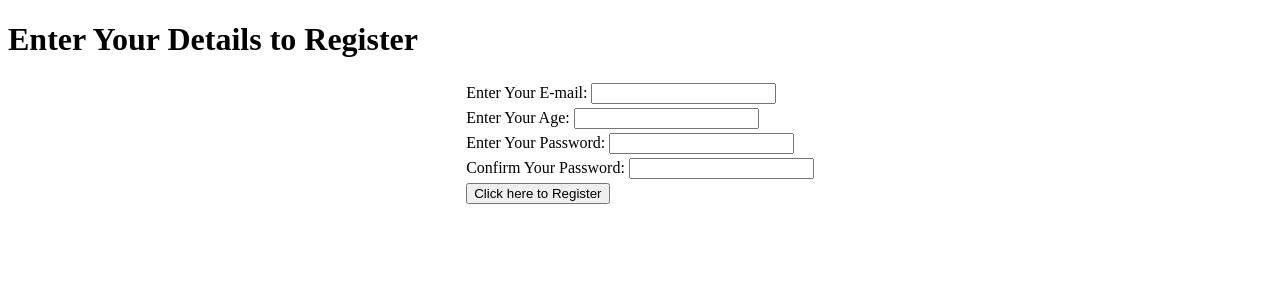
Repository: royalnavghans/JavaFullStackGit
Page: http://localhost/SpringAss2/WEB-INF/Register.jsp
These files come from the project's save history. The page is drawn as it stood at one moment and after the next save; the edit follows.
The browser window is 1280 px wide. The pictures show the whole page.
The page is served by Tomcat 9. Nobody is signed in. The template is opened directly, without the code that normally fills it, so the values that code supplies are empty.

Above is the page before, as saved 2022-12-04 10:33:27.

After the next save:
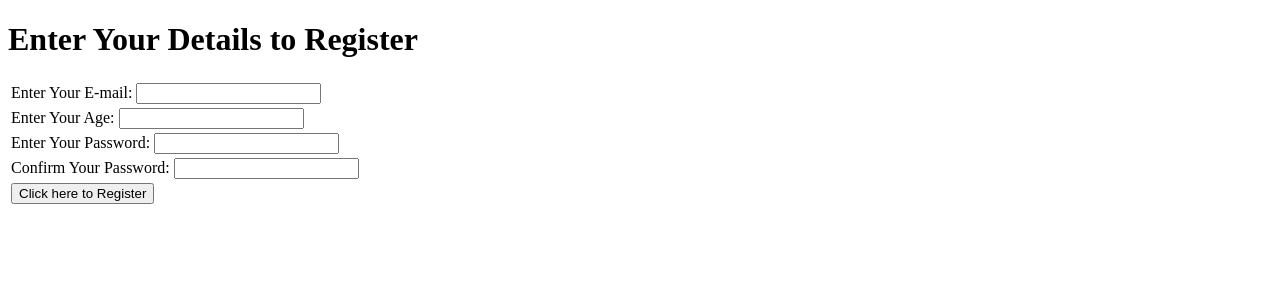
Saved 19 s later.
--- a/RoyalSpringProjects/RoyalSpringProjects/SpringAss2/src/main/webapp/WEB-INF/Register.jsp
+++ b/RoyalSpringProjects/RoyalSpringProjects/SpringAss2/src/main/webapp/WEB-INF/Register.jsp
@@ -12,7 +12,7 @@
 </style>
 <body>
 <h1>Enter Your Details to Register</h1>
-<table border="0" align="center">
+<table border="0">
 <tbody>
 	<form:form action="validate" modelAttribute="cust">
 	<tr><td>
